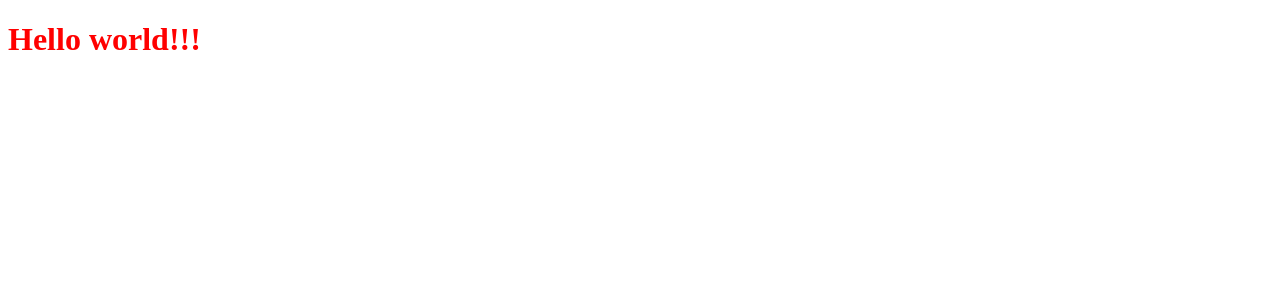
Repository: Sissy7-2/Tip-Memo
Page: html/css_intro/index.html
The author's editor kept a record of every edit. The page is drawn from the files as they stood at one moment, then again after the next edit.
The browser window is 1280 px wide. The pictures show the whole page.

Above is the page before.

After the next edit:
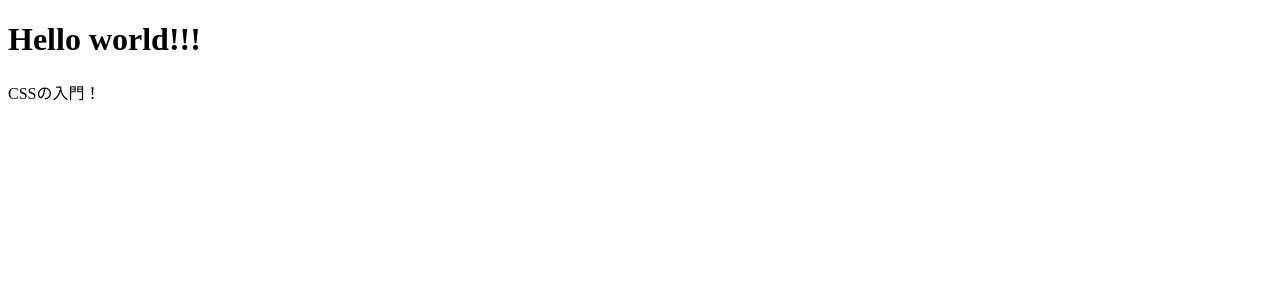
The edit:
--- a/html/css_intro/index.html
+++ b/html/css_intro/index.html
@@ -5,12 +5,12 @@
   <title>TECH BOOST</title>
 
   <style>
-    h1 {
-      color: red;
-    }
+
   </style>
+  <link rel="stylesheet" href="css/style.css">
 </head>
   <body>
-    <h1>Hello world!!!</h1>
+    <h1 id="title">Hello world!!!</h1>
+<p class="description">CSSの入門！</p>
   </body>
 </html>
